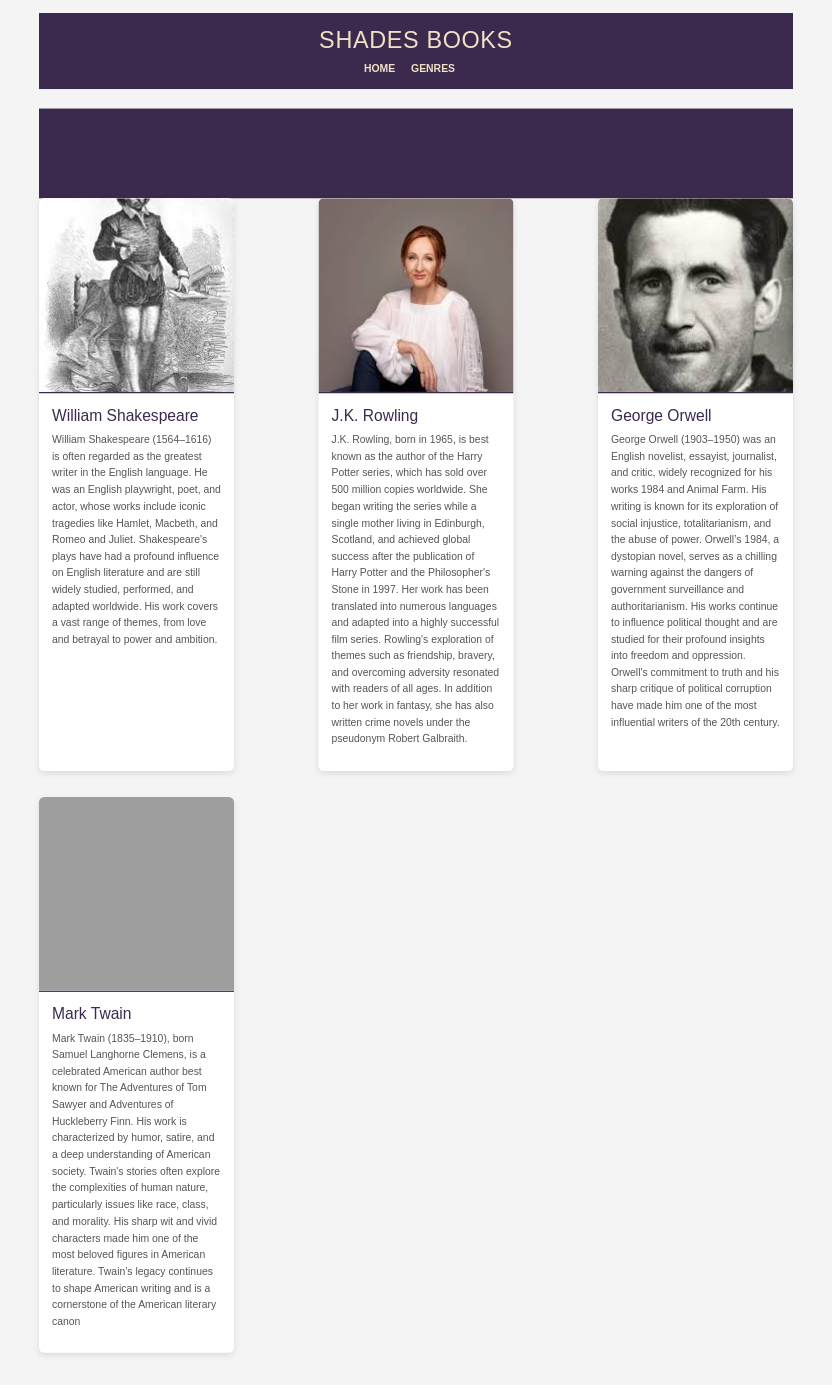
Repository: Harishsuresh-kumar/Library-Web
Page: WORK SITE/rough.html
The author's editor kept a copy of each file at every save. The page is drawn from the files as they stood at one save, then again after a run of saves.
The browser window is 1280 px wide. The pictures show the whole page, at 65% of full size.
Pictures or frames that could not be fetched are drawn as grey boxes.

Above is the page before, as saved 2024-11-07 00:59:49.

### WORK SITE/rough.html
<!DOCTYPE html>
<html lang="en">
<head>
    <meta charset="UTF-8">
    <meta name="viewport" content="width=device-width, initial-scale=1.0">
    <title>Authors - Endless Reading Vault</title>
    <link href="https://maxcdn.bootstrapcdn.com/bootstrap/4.5.2/css/bootstrap.min.css" rel="stylesheet">
    <link href="rough.css" rel="stylesheet">
</head>
<body>
    <div class="wrapper">
        <header>
            <div class="logo">
                <h2>SHADES BOOKS</h2>
            </div>
            <nav>
                <ul>
                    <li><a href="User.html" class="button">HOME</a></li>
                    <li><a href="genre.html" class="button">GENRES</a></li>

                </ul>
            </nav>
        </header>

        <main class="content">
            <header class="header">
                <h1>Authors</h1>
            </header>
            <section class="authors-section">
                <div class="author-container">
                    <div class="author-card">
                        <img src="shakes.jpeg" alt="Author Image">
                        <div class="author-info">
                            <h2> William Shakespeare</h2>
                            <p>William Shakespeare (1564–1616) is often regarded as the greatest writer in the English language. He was an English playwright, poet, and actor, whose works include iconic tragedies like Hamlet, Macbeth, and Romeo and Juliet. Shakespeare's plays have had a profound influence on English literature and are still widely studied, performed, and adapted worldwide. His work covers a vast range of themes, from love and betrayal to power and ambition. </p>

                        </div>
                    </div>
                    <div class="author-card">
                        <img src="j.k.jpeg" alt="Author Image">
                        <div class="author-info">
                            <h2>J.K. Rowling</h2>
                            <p>J.K. Rowling, born in 1965, is best known as the author of the Harry Potter series, which has sold over 500 million copies worldwide. She began writing the series while a single mother living in Edinburgh, Scotland, and achieved global success after the publication of Harry Potter and the Philosopher's Stone in 1997. Her work has been translated into numerous languages and adapted into a highly successful film series. Rowling's exploration of themes such as friendship, bravery, and overcoming adversity resonated with readers of all ages. In addition to her work in fantasy, she has also written crime novels under the pseudonym Robert Galbraith.</p>
                        </div>
                    </div>
                    <div class="author-card">
                        <img src="g,o.jpeg" alt="Author Image">
                        <div class="author-info">
                            <h2>George Orwell</h2>
                            <p>George Orwell (1903–1950) was an English novelist, essayist, journalist, and critic, widely recognized for his works 1984 and Animal Farm. His writing is known for its exploration of social injustice, totalitarianism, and the abuse of power. Orwell’s 1984, a dystopian novel, serves as a chilling warning against the dangers of government surveillance and authoritarianism. His works continue to influence political thought and are studied for their profound insights into freedom and oppression. Orwell's commitment to truth and his sharp critique of political corruption have made him one of the most influential writers of the 20th century.</p>
                        </div>
                    </div>
                    <div class="author-card">
                        <img src="M.T" alt="Author Image">
                        <div class="author-info">
                            <h2>Mark Twain</h2>
                            <p>Mark Twain (1835–1910), born Samuel Langhorne Clemens, is a celebrated American author best known for The Adventures of Tom Sawyer and Adventures of Huckleberry Finn. His work is characterized by humor, satire, and a deep understanding of American society. Twain's stories often explore the complexities of human nature, particularly issues like race, class, and morality. His sharp wit and vivid characters made him one of the most beloved figures in American literature. Twain’s legacy continues to shape American writing and is a cornerstone of the American literary canon</p>

                        </div>
                    </div>

                    <!-- Add more authors as needed -->
                </div>
            </section>
        </main>

    </div>
</body>
</html>

### WORK SITE/rough.css
/* Global Styles */
body {
    font-family: 'Arial', sans-serif;
    margin: 0;
    padding: 0;
    background-color: #f4f4f4;
    color: #333;
}

.wrapper {
    max-width: 1200px;
    margin: 0 auto;
    padding: 20px;
}

/* Header Styles */
header {
    background-color: #3b2a4e; /* Muted vintage color (deep plum) */
    color: #f1e0c6; /* Soft off-white for text */
    padding: 20px 0;
    text-align: center;
}

header .logo h2 {
    margin: 0;
    font-size: 36px;
    letter-spacing: 1px;
}

nav ul {
    list-style: none;
    padding: 0;
    margin: 10px 0 0 0;
    text-align: center;
}

nav ul li {
    display: inline;
    margin-right: 20px;
}

nav ul li a {
    color: #f1e0c6; /* Soft off-white for the link */
    text-decoration: none;
    font-weight: bold;
    text-transform: uppercase;
}

nav ul li a:hover {
    border-bottom: 2px solid #f1e0c6; /* Accent color on hover */
}

/* Main Content */
.content {
    padding: 30px 0;
    text-align: center;
}

h1 {
    font-size: 48px;
    font-weight: 700;
    margin-bottom: 40px;
    color: #3b2a4e; /* Muted vintage color for titles */
}

/* Author Section */
.authors-section {
    display: flex;
    flex-wrap: wrap;
    justify-content: space-around;
}

.author-container {
    display: flex;
    flex-wrap: wrap;
    justify-content: space-between;
    gap: 40px;
}

/* Author Card */
.author-card {
    background-color: #fff;
    box-shadow: 0 4px 10px rgba(0, 0, 0, 0.1);
    width: 300px;
    border-radius: 8px;
    overflow: hidden;
    transition: transform 0.3s ease;
    text-align: left;
}

.author-card:hover {
    transform: translateY(-10px);
}

.author-card img {
    width: 100%;
    height: 300px;
    object-fit: cover;
    border-bottom: 2px solid #3b2a4e; /* Color accent on card border */
}

.author-info {
    padding: 20px;
}

.author-info h2 {
    font-size: 24px;
    margin-bottom: 10px;
    color: #3b2a4e; /* Muted vintage color for author names */
}

.author-info p {
    font-size: 16px;
    color: #555;
    line-height: 1.6;
}

/* Buttons */
button {
    background-color: #3b2a4e; /* Muted vintage color for button */
    color: #f1e0c6; /* Soft off-white for button text */
    padding: 10px 20px;
    border: none;
    border-radius: 5px;
    cursor: pointer;
    font-size: 16px;
    transition: background-color 0.3s ease;
}

button:hover {
    background-color: #a4716d; /* Lighter warm color on hover */
}

/* Responsive Styles */
@media (max-width: 768px) {
    .author-container {
        flex-direction: column;
        align-items: center;
    }

    .author-card {
        width: 90%;
    }
}

After the next 4 saves:
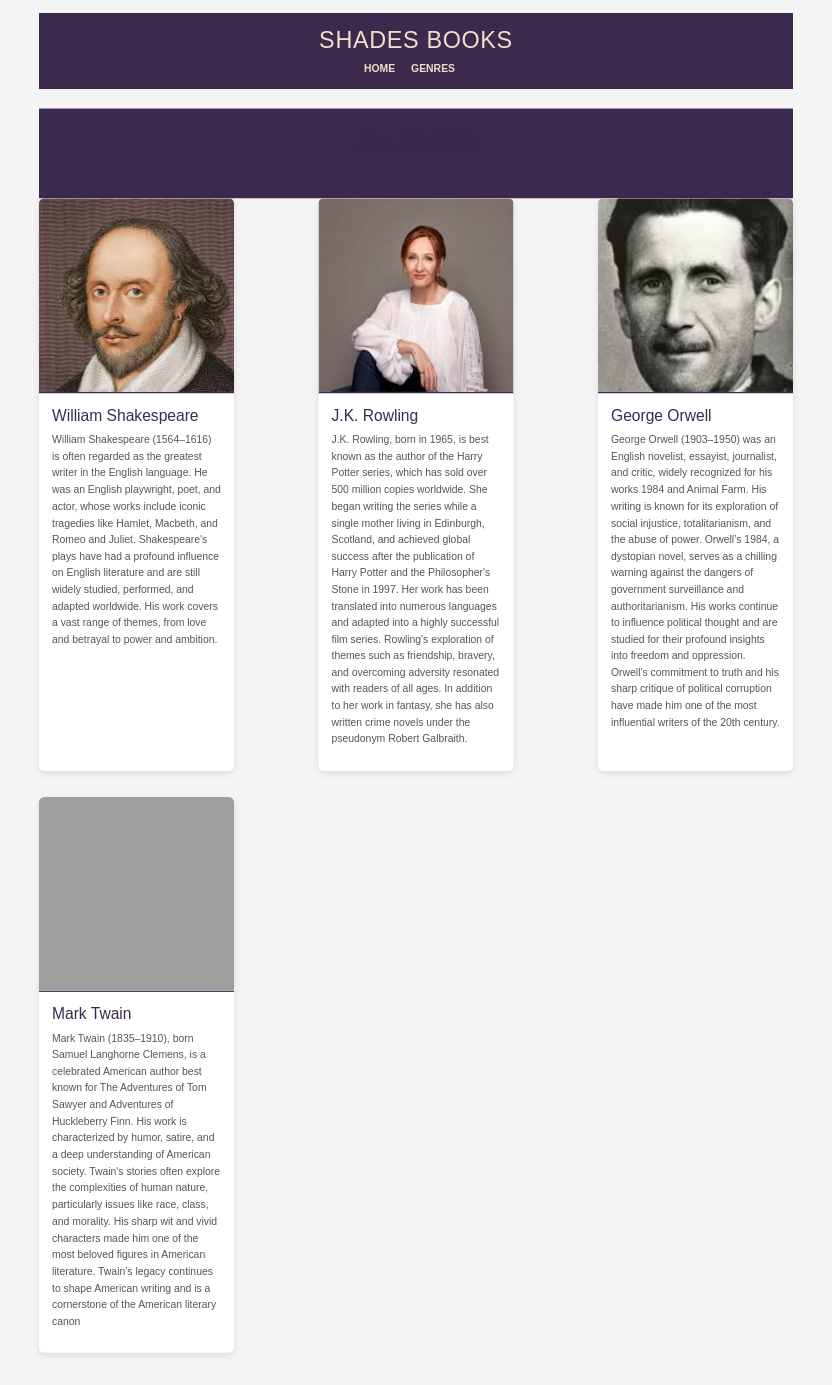
The 4 saves are shown as one change because they came seconds apart.
The last was saved 18 s later.
--- a/WORK SITE/rough.html
+++ b/WORK SITE/rough.html
@@ -29,7 +29,7 @@
             <section class="authors-section">
                 <div class="author-container">
                     <div class="author-card">
-                        <img src="shakes.jpeg" alt="Author Image">
+                        <img src="s.k.jpeg" alt="Author Image">
                         <div class="author-info">
                             <h2> William Shakespeare</h2>
                             <p>William Shakespeare (1564–1616) is often regarded as the greatest writer in the English language. He was an English playwright, poet, and actor, whose works include iconic tragedies like Hamlet, Macbeth, and Romeo and Juliet. Shakespeare's plays have had a profound influence on English literature and are still widely studied, performed, and adapted worldwide. His work covers a vast range of themes, from love and betrayal to power and ambition. </p>
